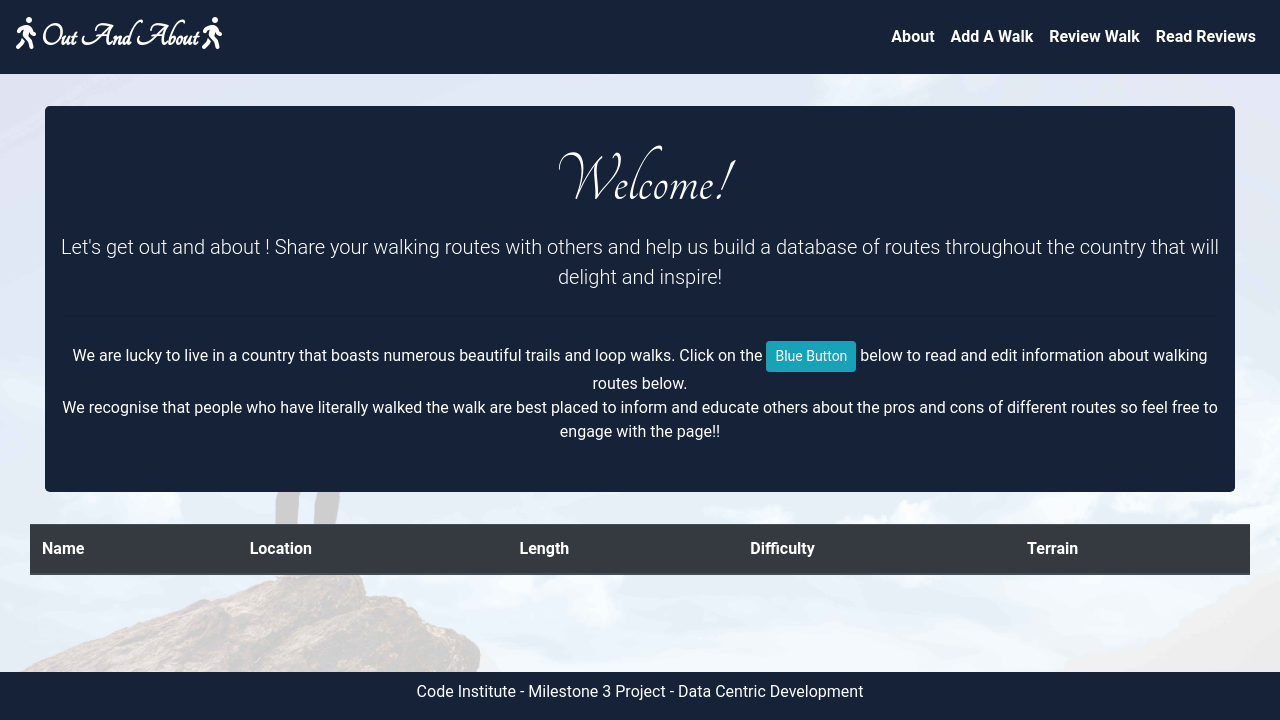
Repository: 5803emma/days-of-walking
Page: http://localhost/
The author's editor kept a record of every edit. The page is drawn from the files as they stood at one moment, then again after the next edit.
The browser window is 1280 px wide. The pictures show the whole page.
Some web libraries are served in a nearby version. The page is served by the project's application, run on Flask 3 (app.py). Queries for data that is not in the repository find no rows.

Above is the page before.

After the next edit:
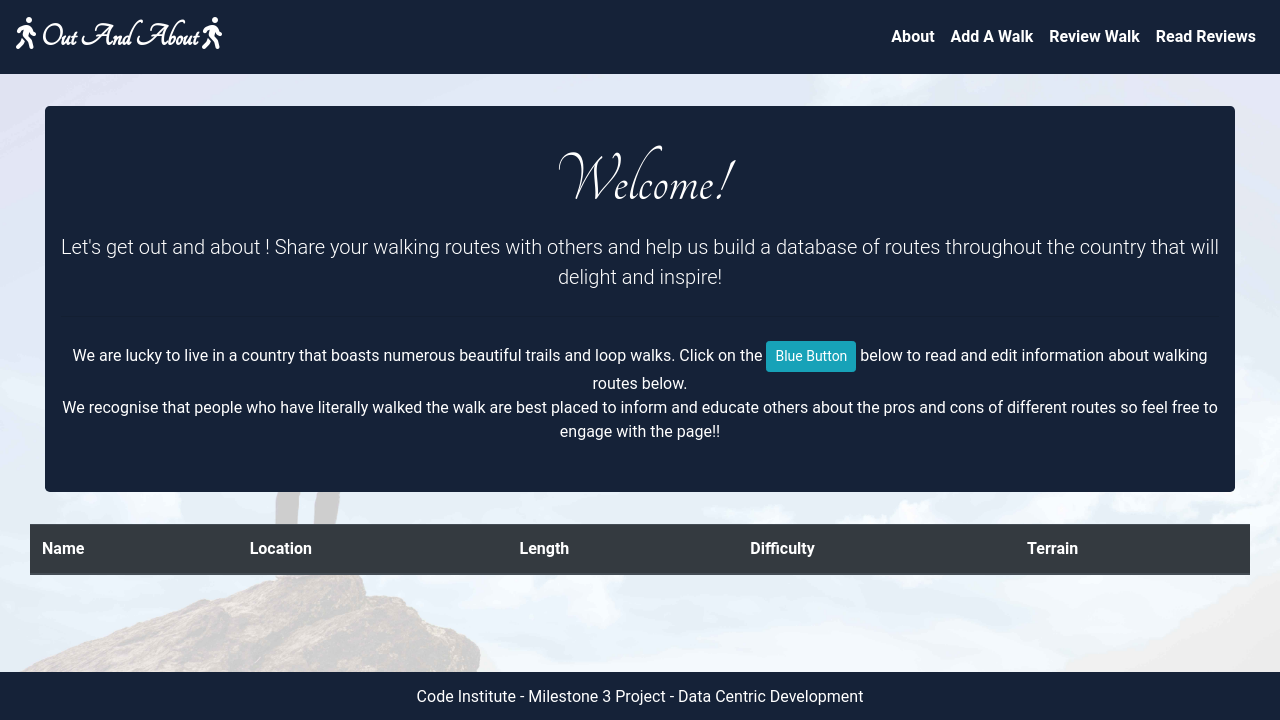
The edit:
--- a/static/css/style.css
+++ b/static/css/style.css
@@ -68,6 +68,6 @@
     left: 0;
     z-index: 1030;
     height: 3rem;
-    padding-top: 0.5rem;
+    padding-top: 0.8rem;
     background-color: #152238;
 }
